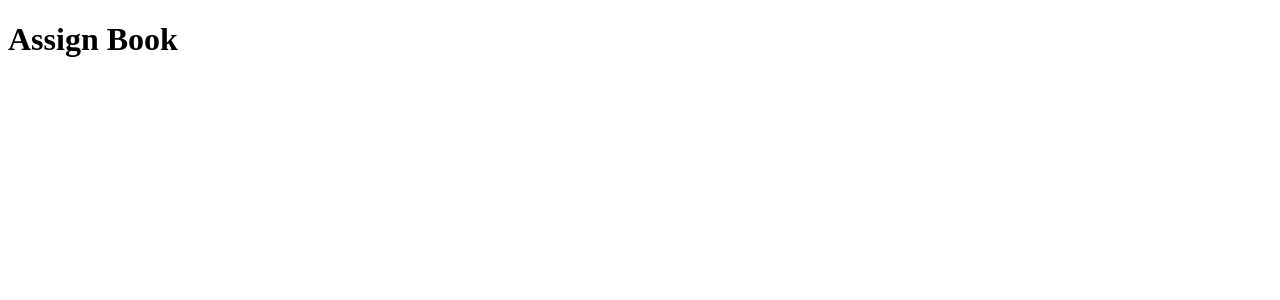
Repository: Gagan7259/Library_management
Page: http://localhost/Library_management/assignBook.jsp
The author's editor kept a copy of each file at every save. The page is drawn from the files as they stood at one save, then again after the next save.
The browser window is 1280 px wide. The pictures show the whole page.
The page is served by Tomcat 10. Other server files are loaded and not shown.

Above is the page before, as saved 2025-07-19 04:32:26.

### Library_management/src/main/webapp/assignBook.jsp
<%@ page language="java" contentType="text/html; charset=UTF-8"
	pageEncoding="UTF-8"%>
<!DOCTYPE html>
<html>
<head>
<meta charset="UTF-8">
<title>Assigned Books</title>
</head>
<body>
	<h1>Assign Book</h1>

<table>
<tr>

<th>

</tr>
</table>

</body>
</html>

After the next save:
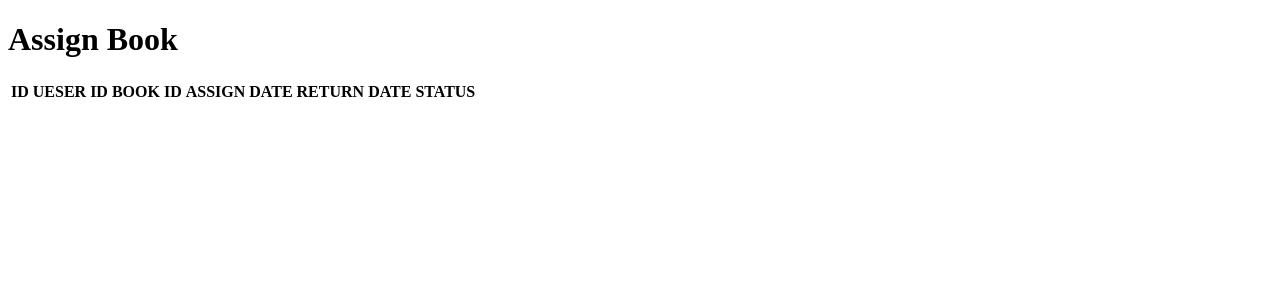
Saved 3 min 1 s later.
--- a/Library_management/src/main/webapp/assignBook.jsp
+++ b/Library_management/src/main/webapp/assignBook.jsp
@@ -9,13 +9,17 @@
 <body>
 	<h1>Assign Book</h1>
 
-<table>
-<tr>
+	<table>
+		<tr>
 
-<th>
-
-</tr>
-</table>
+			<th>ID</th>
+			<th>UESER ID</th>
+			<th>BOOK ID</th>
+			<th>ASSIGN DATE</th>
+			<th>RETURN DATE</th>
+			<th>STATUS</th>
+		</tr>
+	</table>
 
 </body>
 </html>
